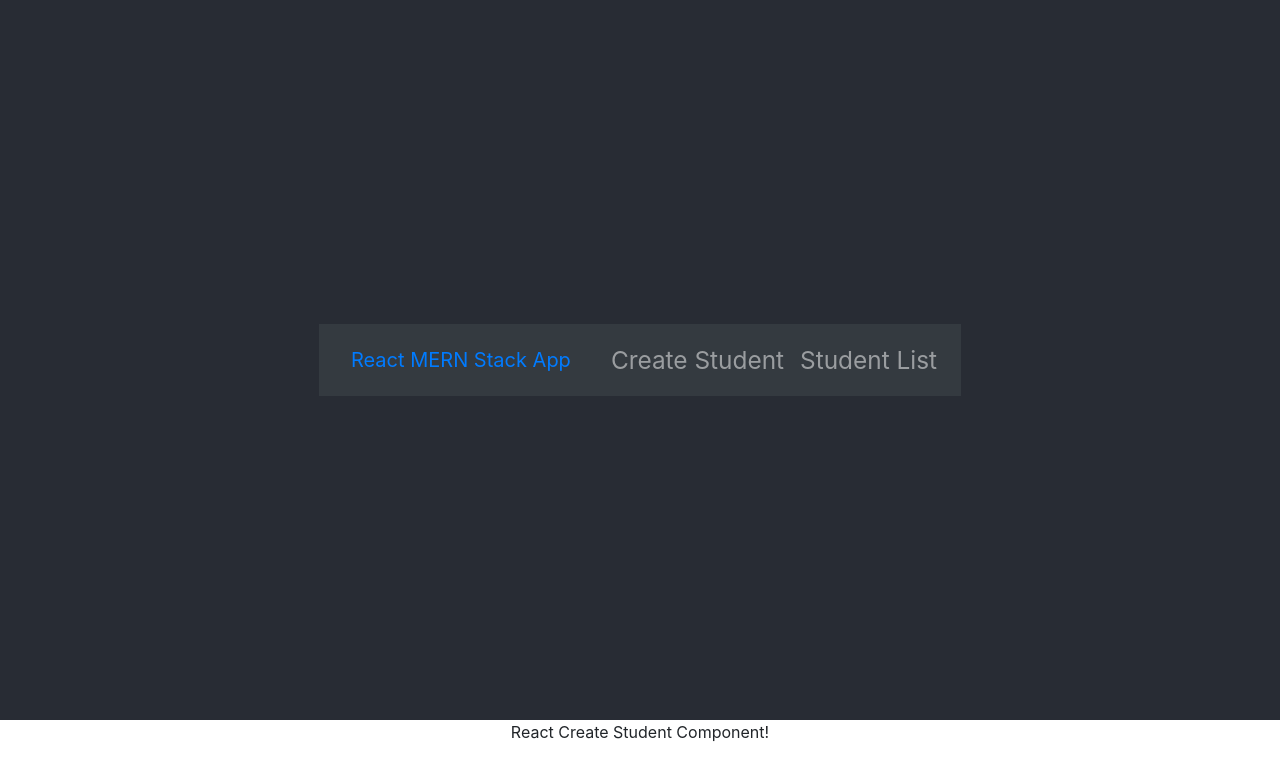
Repository: appikonda/MERN-Stack-App
Page: /
The author's editor kept a copy of each file at every save. The page is drawn from the files as they stood at one save, then again after the next save.
The browser window is 1280 px wide. The pictures show the whole page.
The project was rebuilt for these pictures with package versions that can differ from the ones it lists, and the page was loaded fresh each time. Also part of the build but not shown: src/Components/EditStudent.jsx, src/Components/StudentList.jsx.

Above is the page before, as saved 2019-11-21 15:13:54.

After the next save:
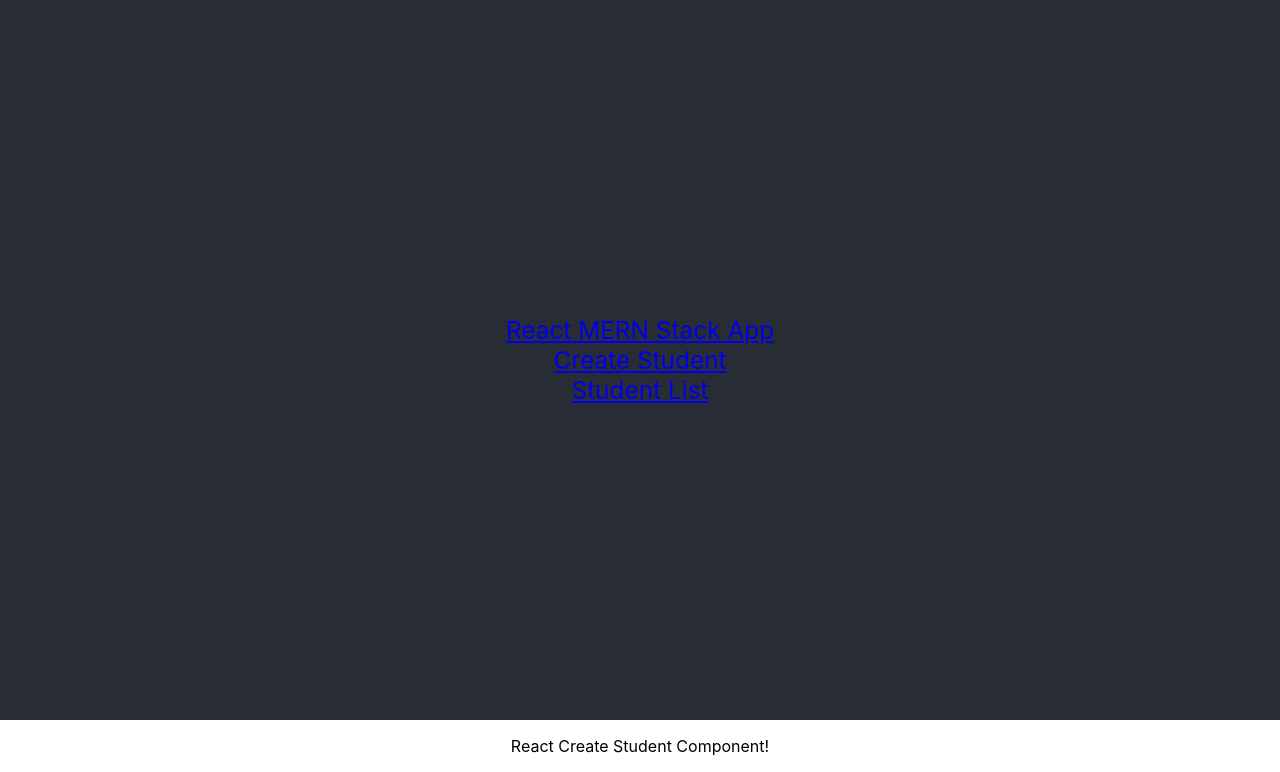
Saved 32 s later.
--- a/src/App.js
+++ b/src/App.js
@@ -4,7 +4,6 @@ import Navbar from "react-bootstrap/Navbar";
 import Container from "react-bootstrap/Container";
 import Row from "react-bootstrap/Row";
 import Col from "react-bootstrap/Col";
-import "bootstrap/dist/css/bootstrap.css";
 import "./App.css";
 
 import { BrowserRouter as Router, Switch, Route, Link } from "react-router-dom";
